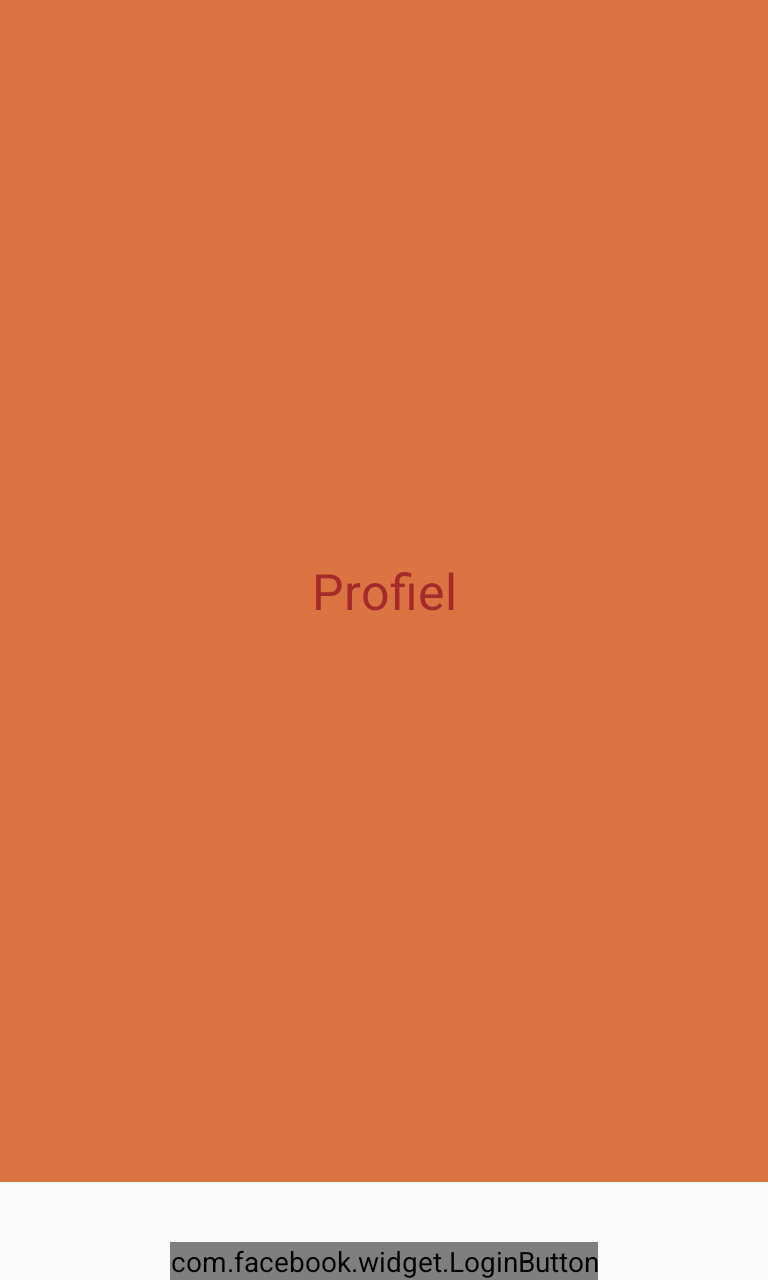
Repository: MarcSelles/BeatYourBucketAndroid
Layout: The_app/BeatYourBucket/res/layout/fragment_profile.xml
These files come from the project's save history. The layout is drawn as it stood at one moment and after the next save; the edit follows.
Pictures or frames that could not be fetched are drawn as grey boxes. It is drawn on a 768 x 1280 px phone screen (xhdpi) without system bars, with theme AppTheme; the app's code is not run.

Above is the layout before, as saved 2015-01-26 23:45:08.

### The_app/BeatYourBucket/res/layout/fragment_profile.xml
<?xml version="1.0" encoding="utf-8"?>
<LinearLayout xmlns:android="http://schemas.android.com/apk/res/android"
        xmlns:tools="http://schemas.android.com/tools"
        android:layout_width="match_parent"
        android:layout_height="match_parent"
        android:orientation="vertical"
        tools:context=".DeviceFragment" >

    <TextView
        android:id="@+id/textView"
		 android:layout_width="fill_parent"
		 android:layout_height="0sp"
		 android:layout_weight="0.12"
		 android:textSize="25sp"
		 android:textColor="#A52A2A"
		 android:gravity="center"
		 android:background="#DB7343"
		 android:text="Profiel" />

    <com.facebook.widget.LoginButton
        android:id="@+id/authButton"
        android:layout_width="wrap_content"
        android:layout_height="wrap_content"
        android:layout_gravity="center_horizontal"
        android:layout_marginTop="30dp"
        />


</LinearLayout>

Loaded but not shown: The_app/BeatYourBucket/res/values/styles.xml (common file); The_app/BeatYourBucket/res/values-v11/styles.xml (common file); The_app/BeatYourBucket/res/values-v14/styles.xml (common file)

After the next save:
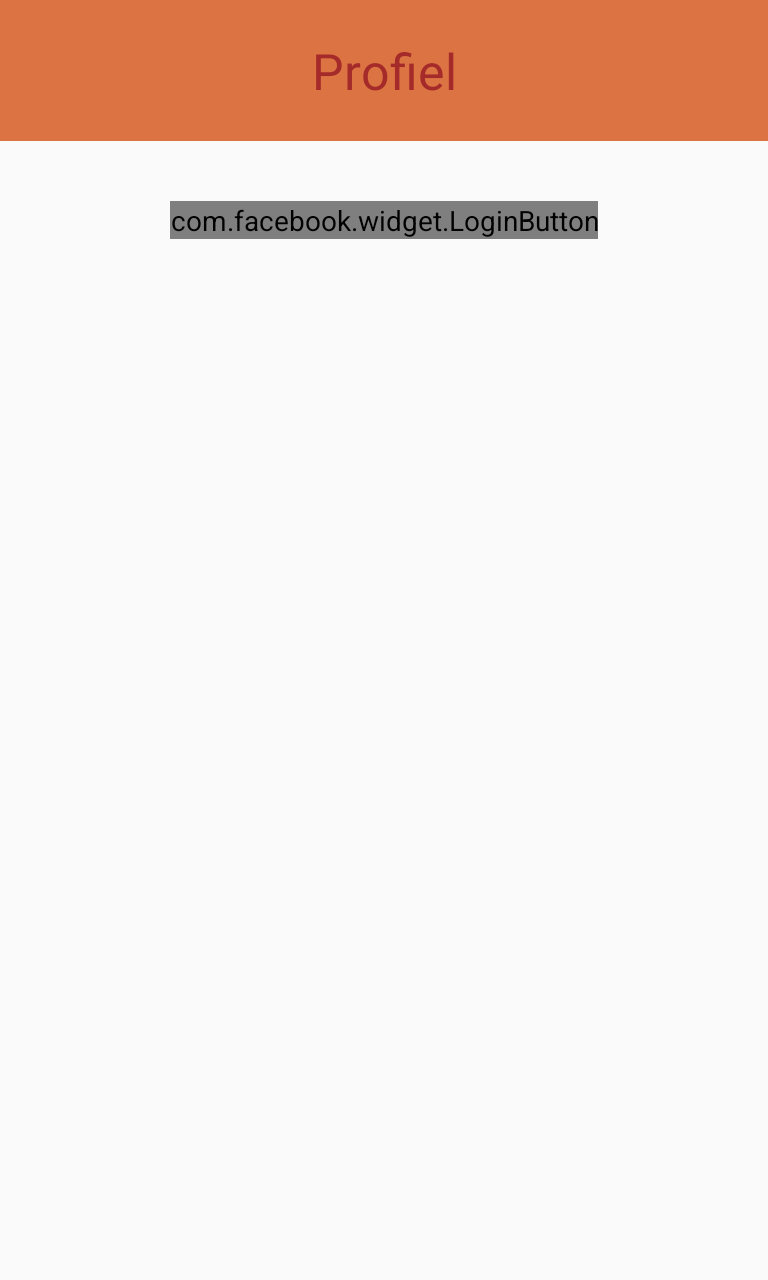
Saved 3 min 8 s later.
--- a/The_app/BeatYourBucket/res/layout/fragment_profile.xml
+++ b/The_app/BeatYourBucket/res/layout/fragment_profile.xml
@@ -4,6 +4,7 @@
         android:layout_width="match_parent"
         android:layout_height="match_parent"
         android:orientation="vertical"
+        android:weightSum="1"
         tools:context=".DeviceFragment" >
 
     <TextView
